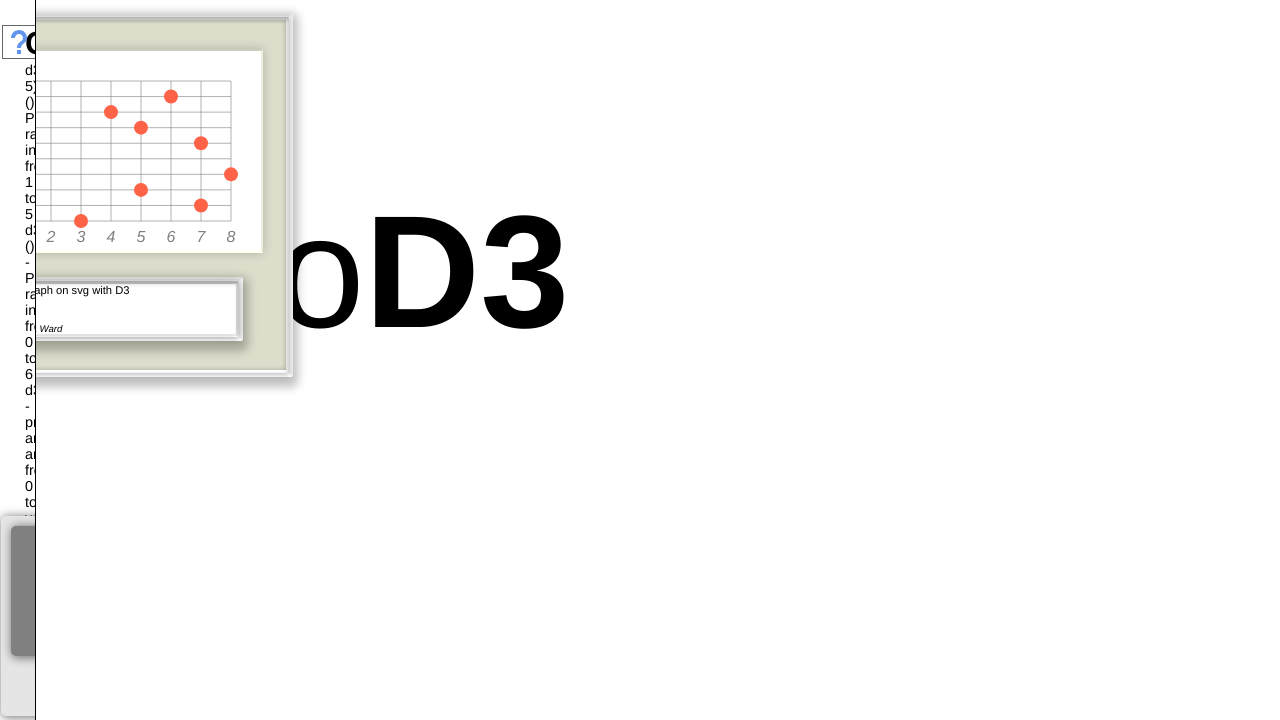
Repository: Lewisjohnward/100-days-of-d3
Page: /
These files come from the project's save history. The page is drawn as it stood at one moment and after a run of saves; the edit follows.
The browser window is 1280 px wide. The pictures show the whole page.
The page's requests for data from a server got no answer. An inner scrolling area shows only its first screen. The project was rebuilt for these pictures with package versions that can differ from the ones it lists, and the page was loaded fresh each time. No one was signed in, and anything a server would have sent is missing. Also part of the build but not shown: src/charts/chart2/useGetData.js, src/charts/chart2/styles.js, src/charts/chart2/Chart.js, src/charts/chart3/useGetData.js, src/charts/chart3/styles.js, src/charts/chart3/Chart.js, src/charts/chart4/useGetData.js, src/charts/chart4/styles.js and 4 more.

Above is the page before, as saved 2021-10-20 15:42:01.

After the next 2 saves:
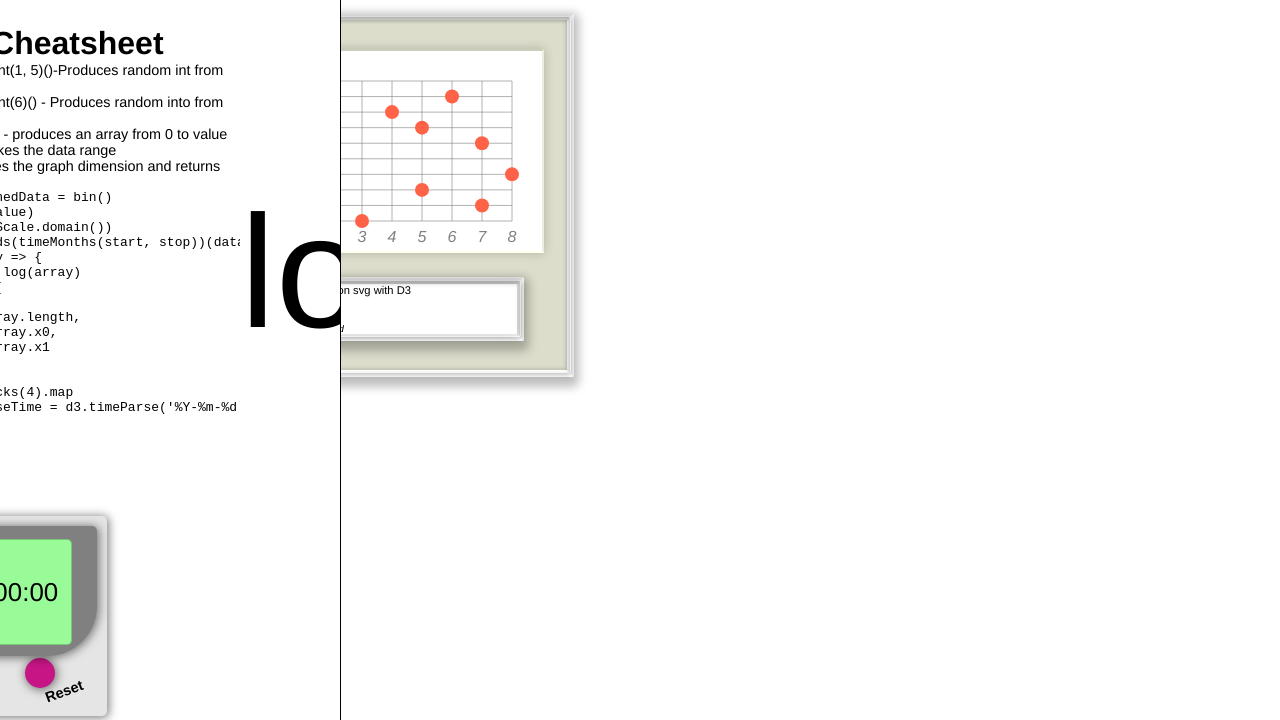
The 2 saves are shown as one change because they came seconds apart.
The last was saved 58 s later.
--- a/src/components/Navbar.js
+++ b/src/components/Navbar.js
@@ -6,7 +6,7 @@
 const NavContainer = styled.div`
   position: relative;
   height: 100%;
-  width: 0%;
+  width: 25%;
   overflow: hidden;
   background: white;
   padding: 25px 10px 25px 25px;
@@ -17,11 +17,11 @@
 
   &.open{
       transition: all 1s ease-in;
-      width: 25%;
+      transform: translateX(100px);
   }
   &.close{
       transition: all 1s ease-in;
-      width: 0%;
+      transform: translateX(-100px);
   }
 `;
 
